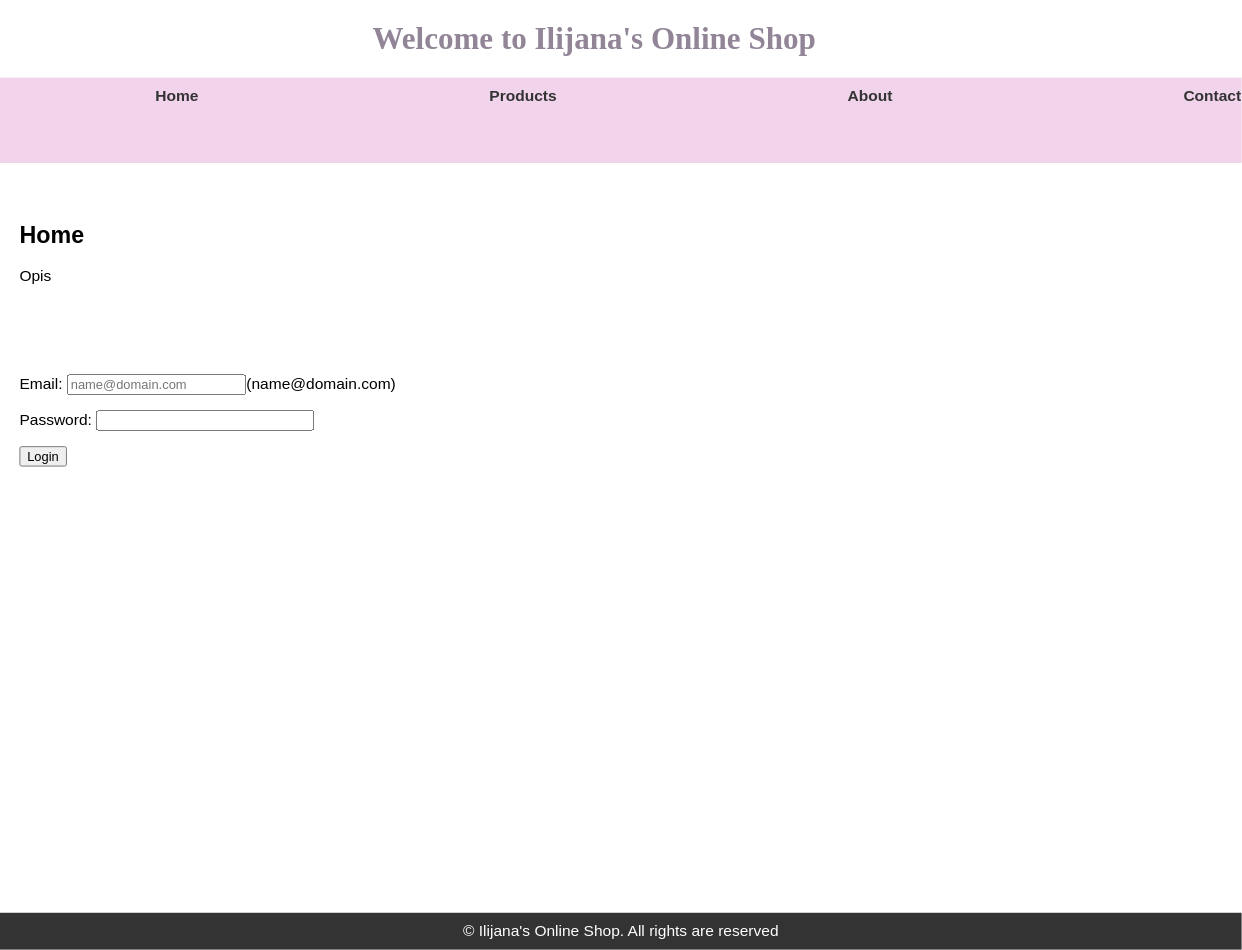
Repository: ilijana123/Proekt1
Page: html.html
These files come from the project's save history. The page is drawn as it stood at one moment and after the next save; the edit follows.
The browser window is 1280 px wide. The pictures show the whole page, at 97% of full size.

Above is the page before, as saved 2023-11-12 23:51:50.

### html.html
<!DOCTYPE html>
<html>
    <head>
    <meta charset="utf-8">
    <title>Online shop</title>
    <link rel="stylesheet" type="text/css" href="1.css">
    <script src="script.js"></script>
    </head>
    <body>
    <header>
       <h1>Welcome to Ilijana's Online Shop</h1>
    </header>
       <nav>
            <ul>
                <li><a href="#home">Home</a></li>
                <li><a href="#category1">Products</a></li>
                <li><a href="#category2">About</a></li>
                <li><a href="#category3">Contact</a></li>
            </ul>
       </nav>
       <section id="home">
            <h2>Home</h2>
            <p>Opis</p>
        </section>
        <section id="contact">
            <form method="post" autocomplete="on">
                <p><label>Email:
                    <input type="email" id="email"
                        placeholder="name@domain.com"/>(name@domain.com)
                </label></p>
                <p><label>Password:
                    <input type="password" id="password" size="25"
                        placeholder=""/>
                </label></p>
                <button onclick="btnClicked()">Login</button>
            </form>
       </section>
       <section id="category1"></section>
       <section id="category2"></section>
       <section id="category3"></section>
       <section id="instagram">
      </section>
      <section id="survey">
      </section>
      <section id="questionnaire">
      </section>
      <section id="contact">
      </section>
       <footer> &copy; Ilijana's Online Shop. All rights are reserved</footer>
    </body>
</html>

### 1.css
h1  {
     font-family: fantasy;
        color:rgb(145, 133, 151);
        position:relative;
        margin-left: 30%;
        text-decoration:double;
        text-decoration-color: aliceblue;
    }
    body
    {
        margin: 0;
        padding: 0;
        font-family: Arial, sans-serif;
    }
    nav
    {
        background-color:rgb( 241, 211, 235);
        color: white;
        padding: 10px;
        text-align: center;
        text-decoration:wavy;
    }
    nav ul
    {
        list-style-type: none;
        margin: 0;
        padding: 0;
        display: flex;
        flex-direction: row; /* Set the direction to column */

    }

    nav ul li
    {
        display: block; /* Set the display property to block */
        margin-bottom: 50px;
        margin-right: 150px;
        margin-left:150px;
    }
    section {
        padding: 20px;
        margin: 20px 0;
    }
    nav a {
        text-decoration: none;
        color: #333;
        font-weight: bold;
    }
    nav a:hover {
        color: #555;
    }

    footer {
        background-color: #333;
        color: white;
        text-align: center;
        padding: 10px;
    }

### script.js
function btnClicked()
{
    document.location.href="html1.html";
}

After the next save:
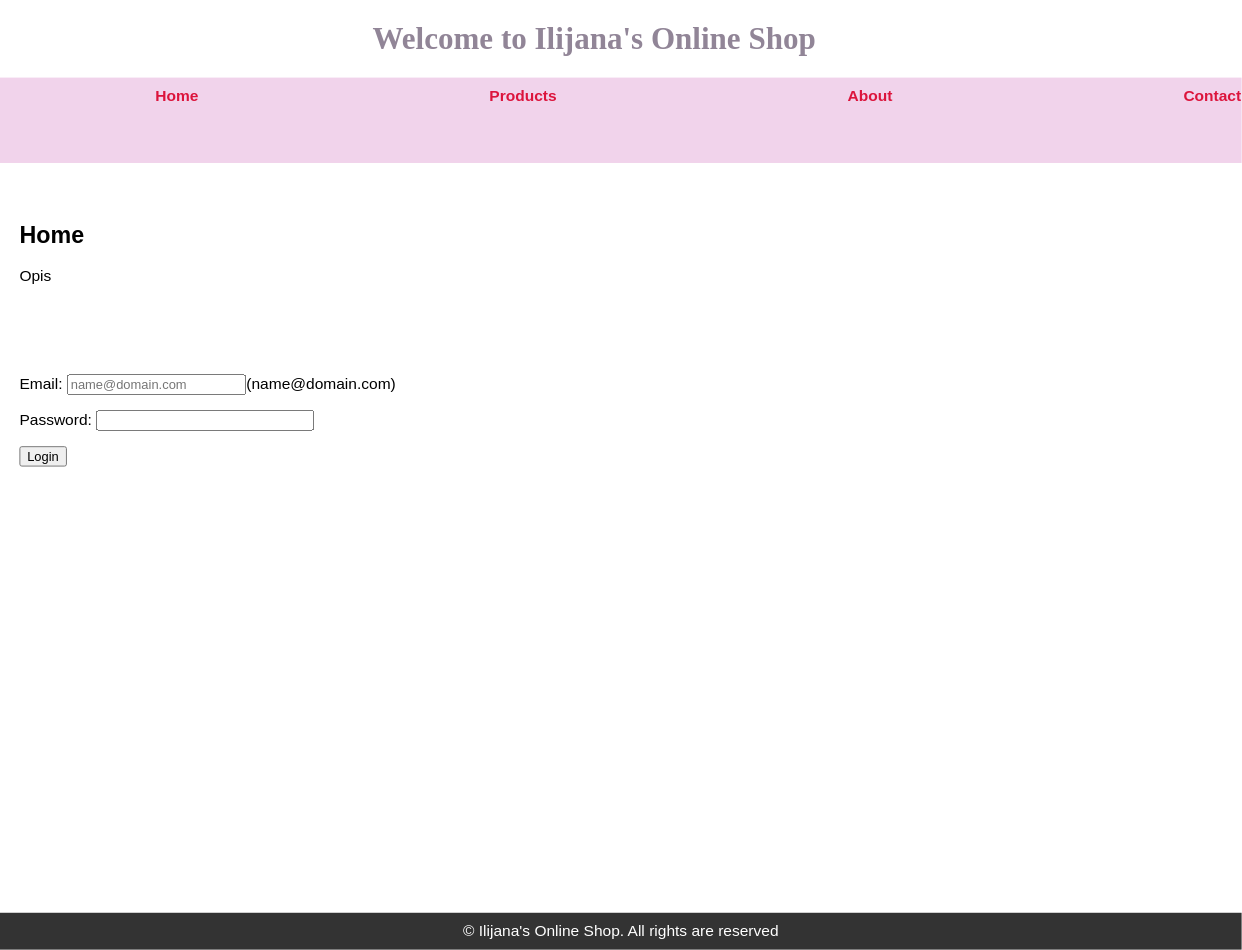
Saved 105 s later.
--- a/1.css
+++ b/1.css
@@ -18,7 +18,6 @@ h1  {
         color: white;
         padding: 10px;
         text-align: center;
-        text-decoration:wavy;
     }
     nav ul
     {
@@ -43,8 +42,9 @@ h1  {
     }
     nav a {
         text-decoration: none;
-        color: #333;
+        color:crimson;
         font-weight: bold;
+
     }
     nav a:hover {
         color: #555;
